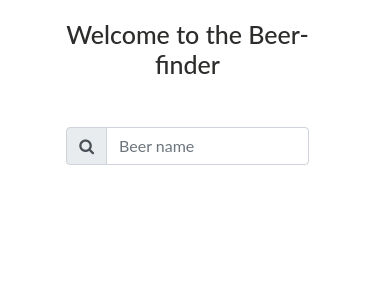
Repository: marcinszymaszek/beer-finder
Page: /
These files come from the project's save history. The page is drawn as it stood at one moment and after the next save; the edit follows.
The browser window is 375 px wide. The pictures show the whole page.
The project was rebuilt for these pictures with package versions that can differ from the ones it lists, and the page was loaded fresh each time. Also part of the build but not shown: src/components/beers/Beers.css.

Above is the page before, as saved 2020-05-24 18:15:27.

### public/index.html
<!DOCTYPE html>
<html lang="en">
  <head>
    <meta charset="utf-8" />
    <link rel="icon" href="%PUBLIC_URL%/favicon.ico" />
    <link rel="stylesheet" href="https://stackpath.bootstrapcdn.com/font-awesome/4.7.0/css/font-awesome.min.css">
    <meta name="viewport" content="width=device-width, initial-scale=1" />
    <meta name="theme-color" content="#000000" />
    <meta
      name="description"
      content="Web site created using create-react-app"
    />
    <link rel="apple-touch-icon" href="%PUBLIC_URL%/logo192.png" />
    <!--
      manifest.json provides metadata used when your web app is installed on a
      user's mobile device or desktop. See https://developers.google.com/web/fundamentals/web-app-manifest/
    -->
    <link rel="manifest" href="%PUBLIC_URL%/manifest.json" />
    <!--
      Notice the use of %PUBLIC_URL% in the tags above.
      It will be replaced with the URL of the `public` folder during the build.
      Only files inside the `public` folder can be referenced from the HTML.

      Unlike "/favicon.ico" or "favicon.ico", "%PUBLIC_URL%/favicon.ico" will
      work correctly both with client-side routing and a non-root public URL.
      Learn how to configure a non-root public URL by running `npm run build`.
    -->
    <title>Beer-finder App</title>
  </head>
  <body>
    <noscript>You need to enable JavaScript to run this app.</noscript>
    <div id="root"></div>
    <!--
      This HTML file is a template.
      If you open it directly in the browser, you will see an empty page.

      You can add webfonts, meta tags, or analytics to this file.
      The build step will place the bundled scripts into the <body> tag.

      To begin the development, run `npm start` or `yarn start`.
      To create a production bundle, use `npm run build` or `yarn build`.
    -->
  </body>
</html>

### src/index.js
import React from 'react';
import ReactDOM from 'react-dom';
import './index.css';
import App from './components/main/App';
import * as serviceWorker from './serviceWorker';
import 'bootstrap/dist/css/bootstrap.min.css';

ReactDOM.render(
  <React.StrictMode>
    <App />
  </React.StrictMode>,
  document.getElementById('root')
);

// If you want your app to work offline and load faster, you can change
// unregister() to register() below. Note this comes with some pitfalls.
// Learn more about service workers: https://bit.ly/CRA-PWA
serviceWorker.unregister();

### src/components/main/App.js
import React from 'react';
import './App.css';
import Search from '../search/Search'


const App = () => {

  return (
    <div className="main-container">
      <Search />
    </div>
  );
}

export default App;

### src/components/main/App.css
.main-container {
  font-family: Lato, sans-serif;
  font-size: 1.5em;
  height: 100vh;
  line-height: 20px;
  font-size: 1.3rem;
  text-align: center;
  margin: 5% 20%;
}


.app-title{
  line-height: normal;
  font-size: 25px;
  color: #2c2c2a;
  margin-bottom: 10px;
}

@media (max-width: 790px)  {
  .main-container  {
    font-size: 1.2em;
  }
}

@media (max-width: 580px)  {
  .main-container  {
    height: auto;
    margin-bottom: 20%;
    margin-left: 15%;
    margin-right: 15%;
  }
}

### src/components/search/Search.js
import React, { useState } from 'react';
import './Search.css';
import axios from 'axios';
import Pagination from '../pagination/Pagination';
import Beers from '../beers/Beers';
import Form from '../form/Form';
import Loader from '../../loader.gif';

const Search = () => {

    const [query, setQuery] = useState('');
    const [beers, setBeers] = useState([]);
    const [loading, setLoading] = useState(false);
    const [message, setMessage] = useState('');

    const [currentPage, setCurrentPage] = useState(1);
    const [beersPerPage, setBeersPerPage] = useState(10);


    const fetchSearchBeers = (updatedPageNo = '', query) => {
        let cancel = "";
        const pageNumber = updatedPageNo ? `&per_page=${updatedPageNo}` : '';
        const searchUrl = `https://api.punkapi.com/v2/beers?beer_name=${query}${pageNumber}`;
        if (cancel) {
            cancel.cancel();
        }
        cancel = axios.CancelToken.source();
        axios.get(searchUrl, {
            cancelToken: cancel.token
        })
            .then((res) => {
                const resultNotFoundMsg = !res.data.length
                    ? 'There are no more search beers. Please try a new search..'
                    : '';
                setMessage(resultNotFoundMsg);
                setLoading(false);
                setBeers(res.data);
            })
            .catch((error) => {
                if (axios.isCancel(error) || error) {
                    setLoading(false);
                    setMessage('Failed to fetch beers.Please check network..');
                }
            });
    };


    const handleOnInputChange = (event) => {
        const query = event.target.value;
        if (!query) {
            setBeers([]);
            setMessage("");
        } else {
            setQuery(query);
            setLoading(true);
            setMessage("");
            fetchSearchBeers(80, query);
        }
    };

    // Get current beers
    const indexOfLastBeer = currentPage * beersPerPage;
    const indexOfFirstBeer = indexOfLastBeer - beersPerPage;
    const currentBeers = beers.slice(indexOfFirstBeer, indexOfLastBeer);

    //Change page
    const paginate = pageNumber => setCurrentPage(pageNumber);


    return (
        <>
            <div className="inline-container">
                <h1 className="app-title">Welcome to the Beer-finder</h1>
                <Form handleOnInputChange={handleOnInputChange} query={query} />
            </div>
            <Beers currentBeers={currentBeers} />
            <Pagination beersPerPage={beersPerPage}
                totalBeers={beers.length}
                paginate={paginate}
            />

            {message && <p className="message">{message}</p>}

            <img src={Loader} className={`search-loading ${loading ? 'show' : 'hide'}`} alt="loader" />

        </>
    )
}

export default Search;

### src/components/search/Search.css
.inline-container {
    flex-flow: wrap;
    align-content: center;
    align-items: stretch;
    justify-content: space-around;
}

/*Loader*/
.search-loading {
    position: absolute;
	left: 0;
	right: 0;
	margin: auto;
}

/*Show and hide*/
.show {
	display: inline-block;
}.hide {
	display: none;
}


@media (max-width: 790px)  {
    .inline-container {
        justify-content: space-evenly;
    }
}

### src/components/pagination/Pagination.js
import React from "react";
import './Pagination.css';

const Pagination = ({ beersPerPage, totalBeers, paginate }) => {
    const beerNumbers = [];

    for (let i = 1; i <= Math.ceil(totalBeers / beersPerPage); i++) {
        beerNumbers.push(i);
    }

    return (
        <nav>
            <ul className="pagination" id="beer-list-pagination">
                {beerNumbers.map(number => (
                    <li key={number} className="page-item">
                        <a  onClick={() => {paginate(number)}} href="!#" className="page-link" id="beer-pag-link">
                            {number}
                        </a>
                    </li>
                ))}
            </ul>
        </nav>
    )
}


export default Pagination;

### src/components/beers/Beers.js
import React from "react";
import './Beers.css';

const Beers = ({ currentBeers }) => {

    const renderSearchBeers = () => {
        if (Object.keys(currentBeers).length && currentBeers.length) {
            return (
                <div className="image-container">
                    {currentBeers.map((beer) => {
                        return (
                            <div key={beer.id}>
                                <img className="beer-img" src={beer.image_url} alt={beer.name} />
                                <h2 id="beer-title">{beer.name}</h2>
                            </div>
                        );
                    })}
                </div>
            );
        }
    };


    return (
        <>
            {renderSearchBeers()}
        </>
    )
}


export default Beers;

### src/components/form/Form.js
import React from "react";
import './Form.css';

const Form = ({ handleOnInputChange, query }) => {


    return (

        <div className="input-group" id="beer-form-input">
            <div className="input-group-prepend">
                <span className="input-group-text" id="basic-addon">
                    <i className="fa fa-search prefix"></i>
                </span>
            </div>
            <input
                className="form-control"
                type="text"
                placeholder="Beer name"
                value={query}
                onChange={event => handleOnInputChange(event)}
            />
        </div>

    );

};

export default Form;

### src/components/pagination/Pagination.css
#beer-list-pagination{
    display: inline-flex;
    align-items: center;
}


#beer-pag-link{
    color: #2c2c2a;
}

### src/components/form/Form.css
#beer-form-input {
    width: 40%;
    display: inline-flex;
}

@media (max-width: 790px)  {
    #beer-form-input {
        width: 80%;
    }
}

@media (max-width: 580px)  {
    #beer-form-input {
        width: 100%;
        margin: 20px 0px;
        padding: 18px 10px;
    }
  }

Loaded but not shown: src/index.css (common file); src/serviceWorker.js (common file)

After the next save:
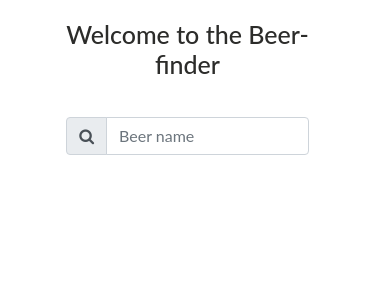
Saved 3 min 6 s later.
--- a/src/components/main/App.css
+++ b/src/components/main/App.css
@@ -13,7 +13,7 @@
   line-height: normal;
   font-size: 25px;
   color: #2c2c2a;
-  margin-bottom: 10px;
+  margin-bottom: 20px;
 }
 
 @media (max-width: 790px)  {
@@ -29,4 +29,9 @@
     margin-left: 15%;
     margin-right: 15%;
   }
+
+  .app-title{
+    margin-bottom: 0px;
+  }
+
 }
